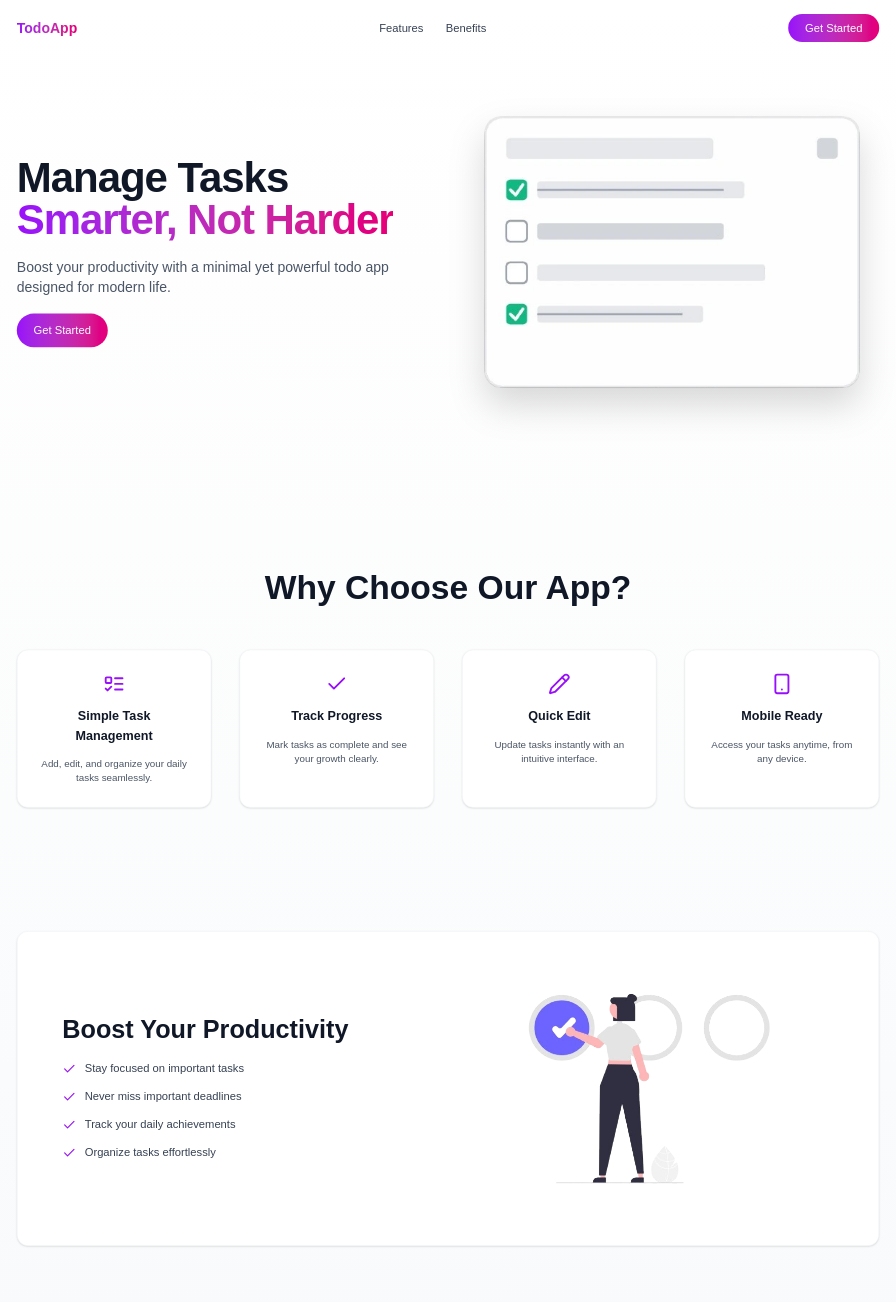
Repository: feldafauzan20/todo-app
Page: /
The author's editor kept a copy of each file at every save. The page is drawn from the files as they stood at one save, then again after the next save.
The browser window is 1280 px wide. The pictures show the whole page, at 70% of full size.
The project was rebuilt for these pictures with package versions that can differ from the ones it lists, and the page was loaded fresh each time. The framework's server and built-in components were replaced by stand-ins that run in the browser. Also part of the build but not shown: next.config.ts.

Above is the page before, as saved 2025-09-18 11:15:13.

After the next save:
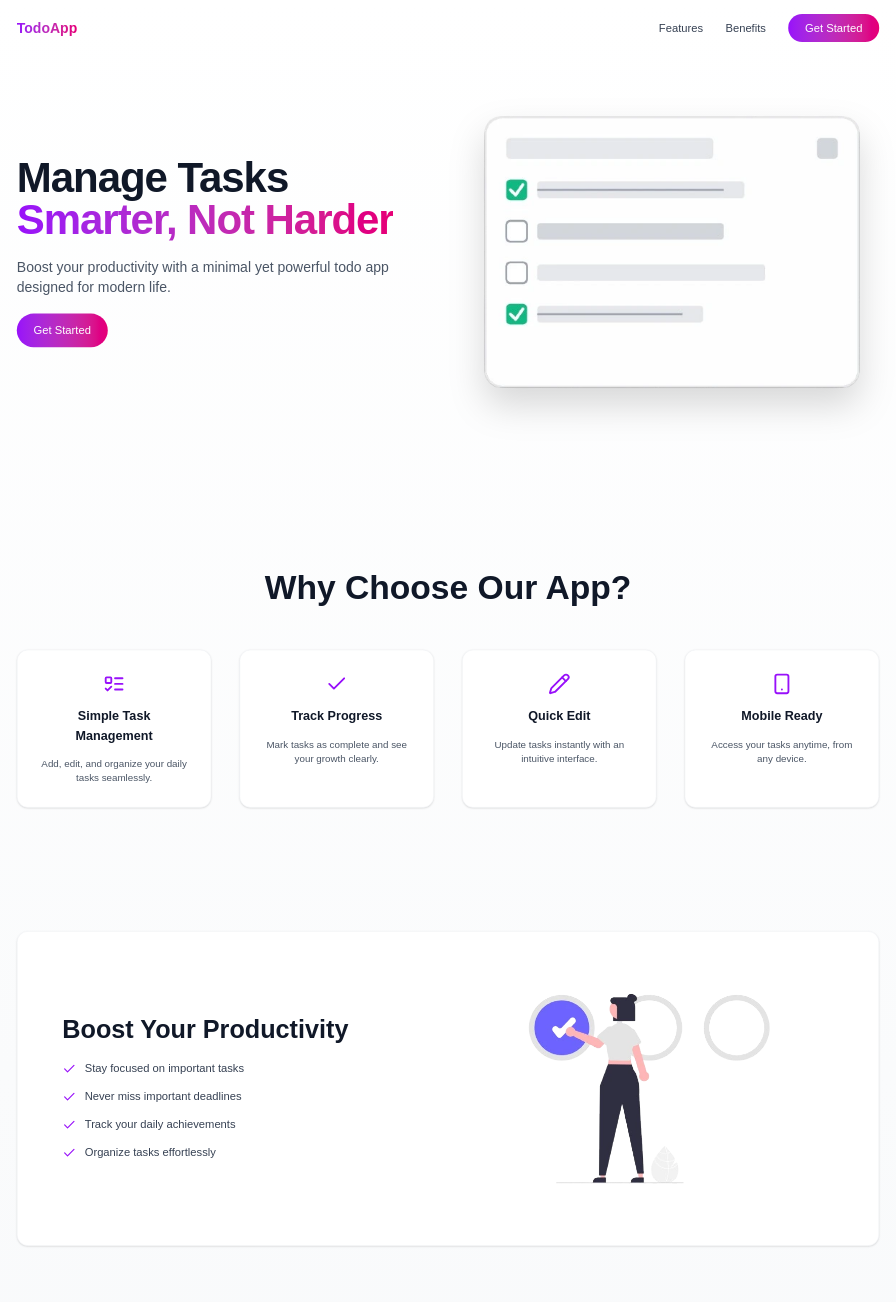
Saved 86 s later.
--- a/src/components/Navbar.tsx
+++ b/src/components/Navbar.tsx
@@ -8,6 +8,7 @@ import Image from "next/image";
 export default function Navbar() {
   const router = useRouter();
   const [scrolled, setScrolled] = useState(false);
+  const [isOpen, setIsOpen] = useState(false);
 
   // Handle scroll effect
   useEffect(() => {
@@ -31,20 +32,37 @@ export default function Navbar() {
         <div className="flex items-center justify-between h-16 md:h-20">
           {/* Logo */}
           <div className="flex items-center space-x-2">
-            {/* <div className="w-8 h-8 relative">
-              <Image
-                src="/assets/illustrations/cat-modal.webp"
-                alt="Logo"
-                fill
-                className="object-contain"
-              />
-            </div> */}
             <span className="text-xl font-bold bg-gradient-to-r from-purple-600 to-pink-600 bg-clip-text text-transparent">
               TodoApp
             </span>
           </div>
 
-          {/* Navigation Links */}
+          {/* Hamburger Menu Button */}
+          <button
+            onClick={() => setIsOpen(!isOpen)}
+            className="md:hidden p-2 focus:outline-none"
+            aria-label="Toggle menu"
+          >
+            <div className="w-6 h-6 flex flex-col justify-around">
+              <span
+                className={`block h-0.5 w-full bg-gray-600 transform transition-all duration-300 ${
+                  isOpen ? "rotate-45 translate-y-2.5" : ""
+                }`}
+              />
+              <span
+                className={`block h-0.5 w-full bg-gray-600 transition-all duration-300 ${
+                  isOpen ? "opacity-0" : ""
+                }`}
+              />
+              <span
+                className={`block h-0.5 w-full bg-gray-600 transform transition-all duration-300 ${
+                  isOpen ? "-rotate-45 -translate-y-2.5" : ""
+                }`}
+              />
+            </div>
+          </button>
+
+          {/* Desktop Navigation Links */}
           <div className="hidden md:flex items-center space-x-8">
             <a
               href="#features"
@@ -58,16 +76,54 @@ export default function Navbar() {
             >
               Benefits
             </a>
+            <button
+              onClick={() => router.push("/login")}
+              className="px-6 py-2 rounded-full bg-gradient-to-r from-purple-600 to-pink-600 text-white font-medium hover:opacity-90 transition"
+            >
+              Get Started
+            </button>
           </div>
+        </div>
 
-          {/* CTA Button */}
-          <button
-            onClick={() => router.push("/login")}
-            className="px-6 py-2 rounded-full bg-gradient-to-r from-purple-600 to-pink-600 text-white font-medium hover:opacity-90 transition"
-          >
-            Get Started
-          </button>
-        </div>
+        {/* Mobile Menu */}
+        <motion.div
+          initial="closed"
+          animate={isOpen ? "open" : "closed"}
+          variants={{
+            open: { opacity: 1, height: "auto" },
+            closed: { opacity: 0, height: 0 },
+          }}
+          transition={{ duration: 0.3 }}
+          className={`md:hidden overflow-hidden ${
+            scrolled ? "bg-white/80 backdrop-blur-md" : "bg-white/90"
+          }`}
+        >
+          <div className="px-4 py-3 space-y-4">
+            <a
+              href="#features"
+              className="block text-gray-700 hover:text-purple-600 transition py-2"
+              onClick={() => setIsOpen(false)}
+            >
+              Features
+            </a>
+            <a
+              href="#benefits"
+              className="block text-gray-700 hover:text-purple-600 transition py-2"
+              onClick={() => setIsOpen(false)}
+            >
+              Benefits
+            </a>
+            <button
+              onClick={() => {
+                setIsOpen(false);
+                router.push("/login");
+              }}
+              className="w-full px-6 py-2 rounded-full bg-gradient-to-r from-purple-600 to-pink-600 text-white font-medium hover:opacity-90 transition"
+            >
+              Get Started
+            </button>
+          </div>
+        </motion.div>
       </div>
     </motion.nav>
   );
